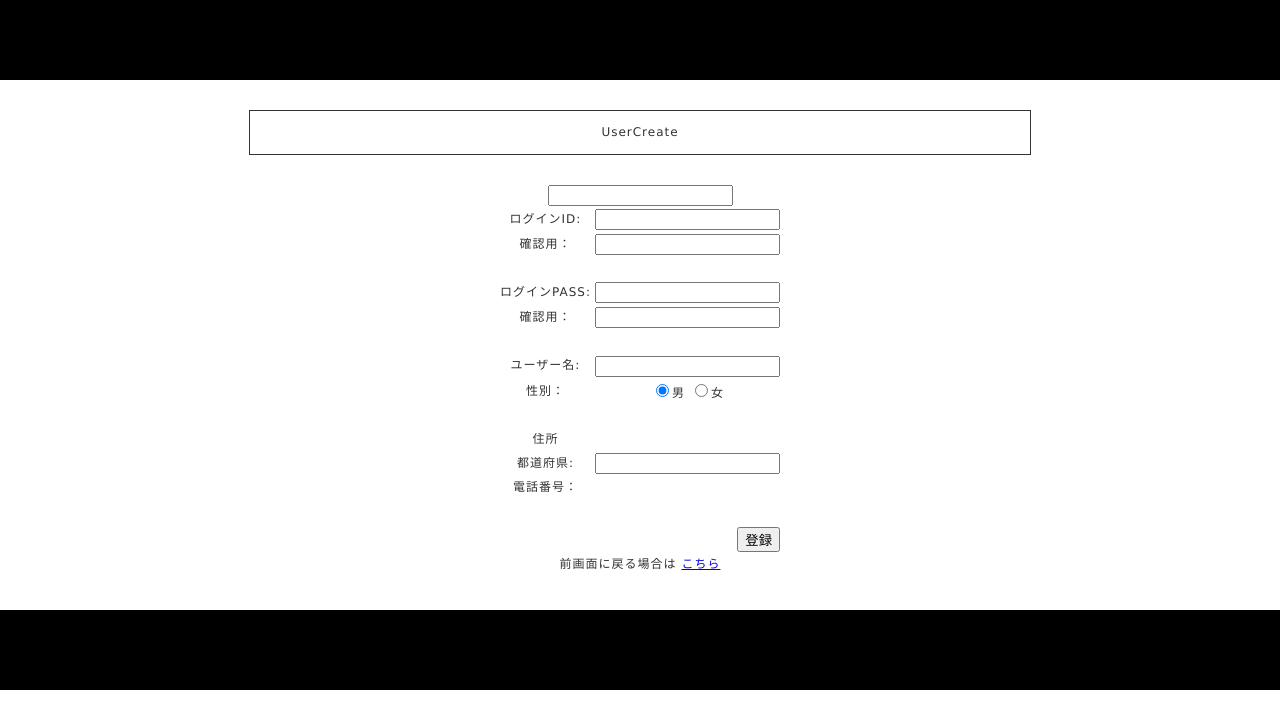
Repository: rt-1217/j2
Page: http://localhost/ecsite01/UserCreateAction.action
These files come from the project's save history. The page is drawn as it stood at one moment and after the next save; the edit follows.
The browser window is 1280 px wide. The pictures show the whole page.
The page is served by Tomcat 9.

Above is the page before, as saved 2018-05-16 02:42:23.

After the next save:
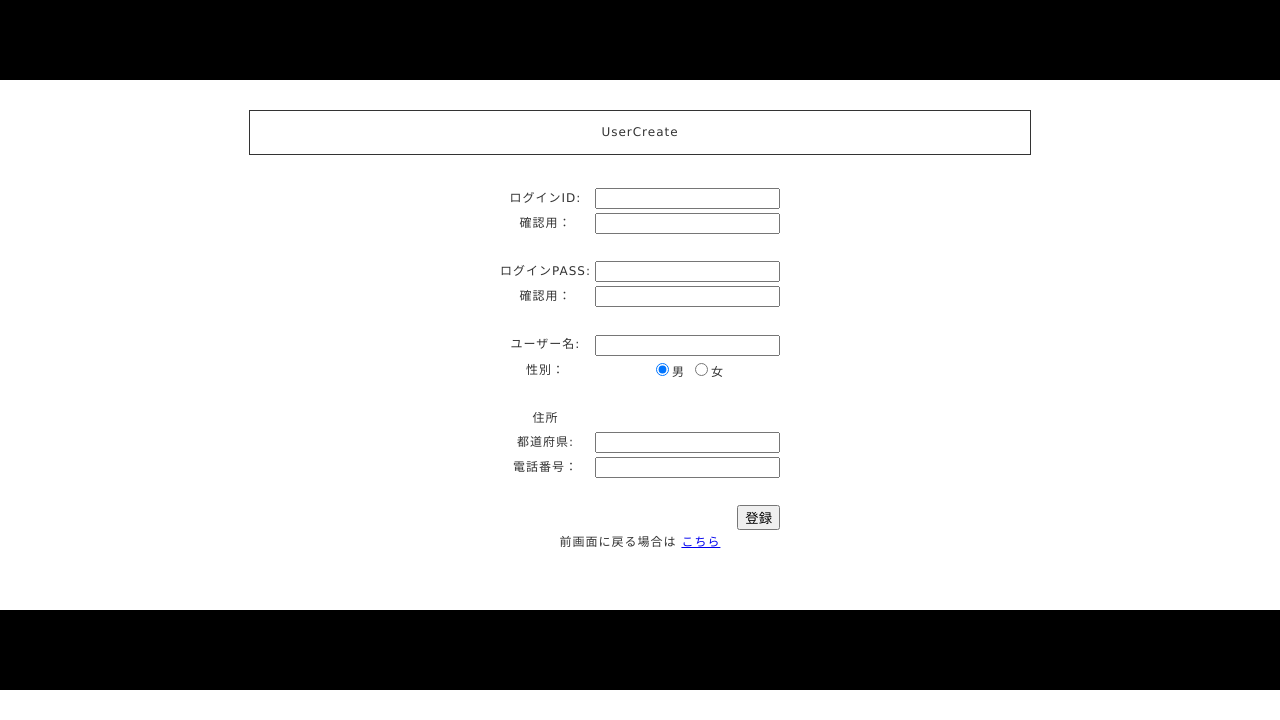
Saved 53 s later.
--- a/ecsite01/WebContent/userCreate.jsp
+++ b/ecsite01/WebContent/userCreate.jsp
@@ -140,9 +140,9 @@ clear:both;
 <tr><td>
 <label>電話番号：</label>
 </td>
-<tr>
+<td>
 <input type="text" name="tell" value="" />
-</tr></tr>
+</td>
 <tr><td>
 <br>
 </td></tr>
